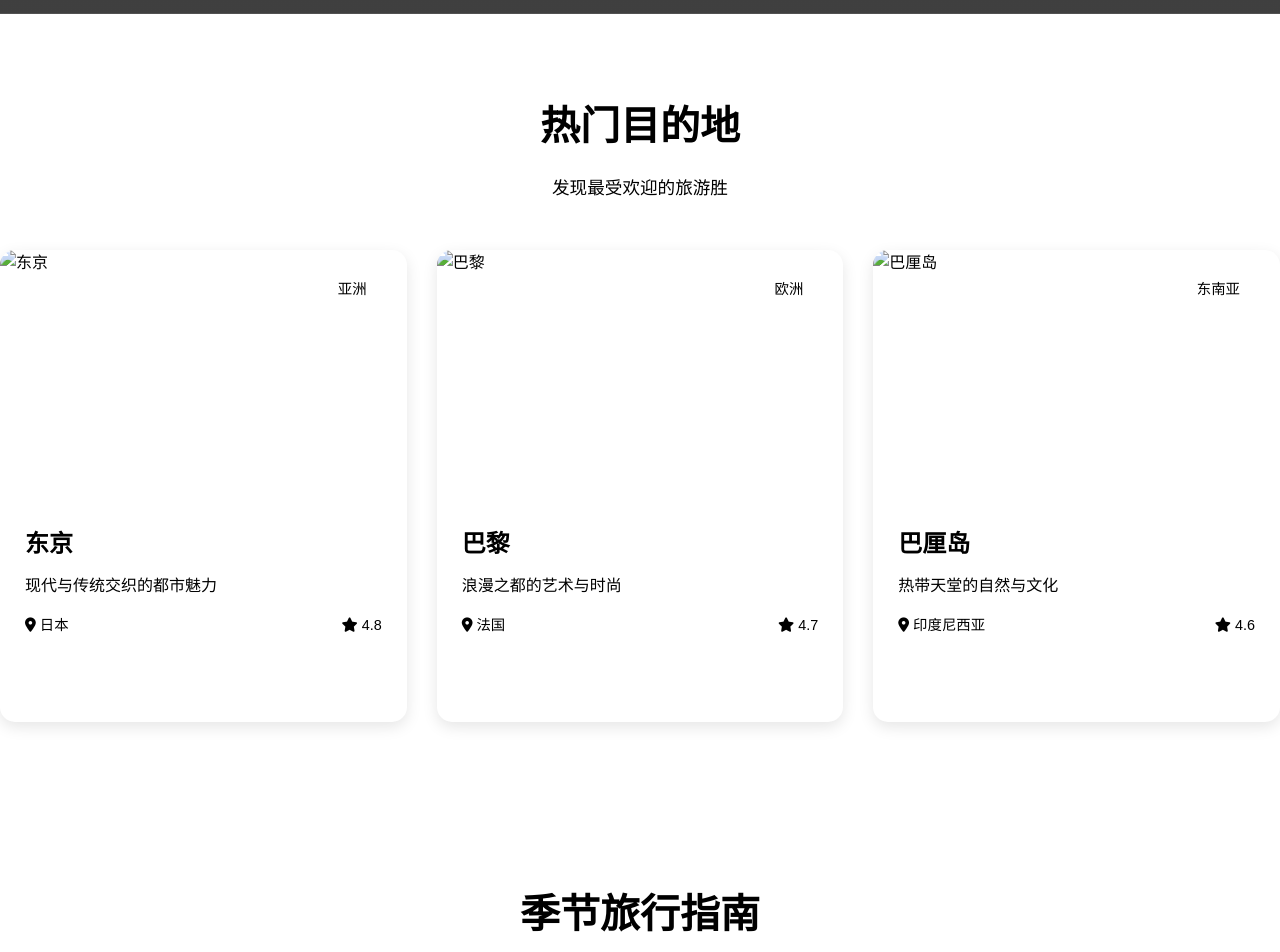
Repository: huang-heavenly-Emperor/travel_1
Page: pages/guide.html
An editor plug-in stored every save of this project. The page is shown before and after the next save, followed by the edit.
The browser window is 1280 px wide. The pictures show the part of the page from y = 711 to 1663 px (the page is 3081 px tall before and 3472 px after).
Pictures or frames that could not be fetched are drawn as grey boxes.

Above is the page before, as saved 2024-11-18 03:59:07.
Not found: assets/images/destinations/bali.jpg
Not found: assets/images/destinations/paris.jpg
Not found: assets/images/destinations/tokyo.jpg

After the next save:
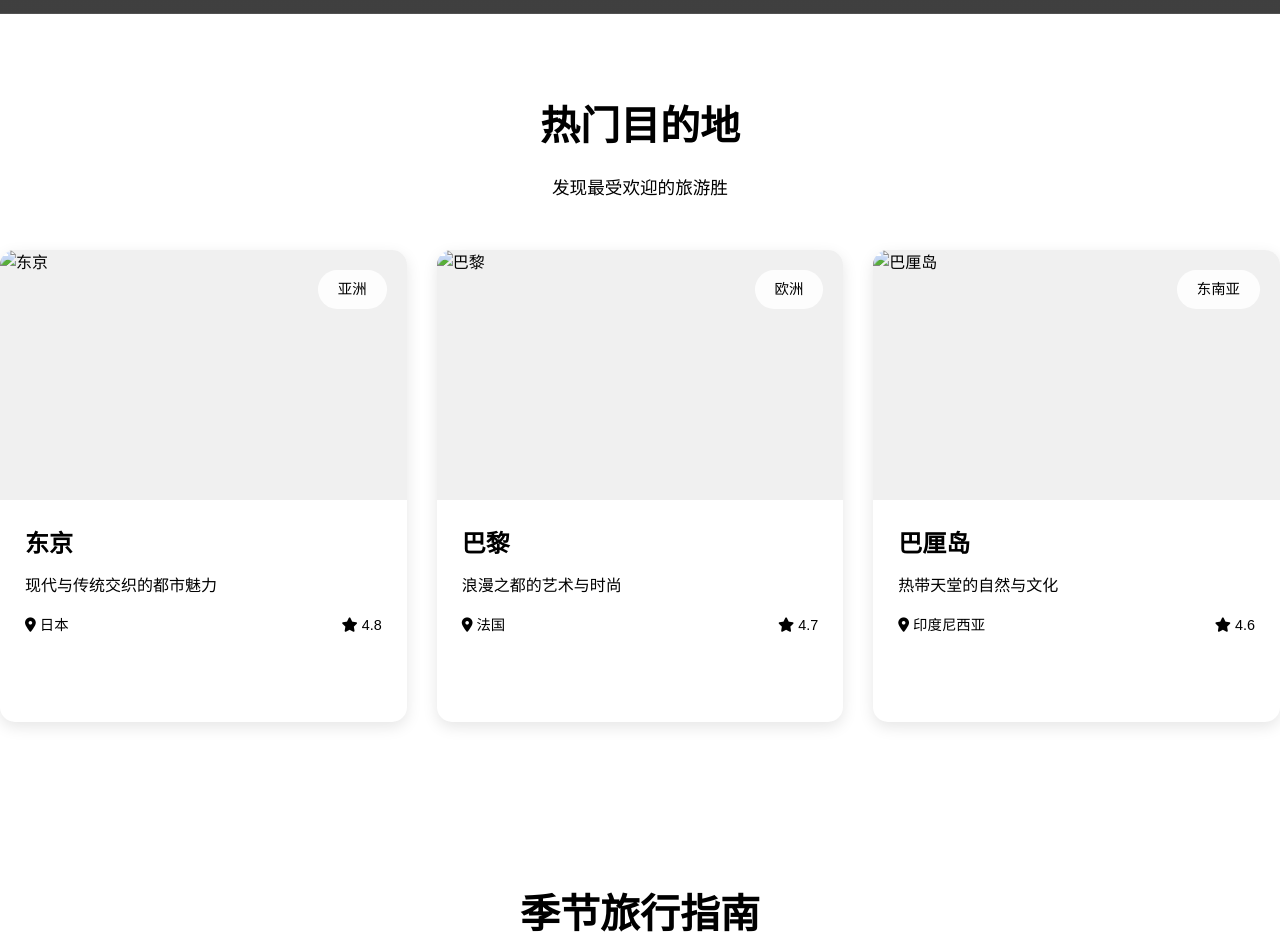
Saved 5 s later.
--- a/css/guide.css
+++ b/css/guide.css
@@ -365,3 +365,42 @@ section:nth-child(even) {
         grid-template-columns: 1fr;
     }
 }
+
+/* 图片加载优化 */
+img {
+    max-width: 100%;
+    height: auto;
+    opacity: 0;
+    transition: opacity 0.3s ease;
+}
+
+img.loaded {
+    opacity: 1;
+}
+
+/* 图片加载占位 */
+.card-image,
+.tip-image,
+.season-item {
+    background: #f0f0f0;
+    position: relative;
+}
+
+.card-image::before,
+.tip-image::before,
+.season-item::before {
+    content: '';
+    display: block;
+    padding-top: 66.67%; /* 3:2 比例 */
+}
+
+.card-image img,
+.tip-image img,
+.season-item img {
+    position: absolute;
+    top: 0;
+    left: 0;
+    width: 100%;
+    height: 100%;
+    object-fit: cover;
+}
